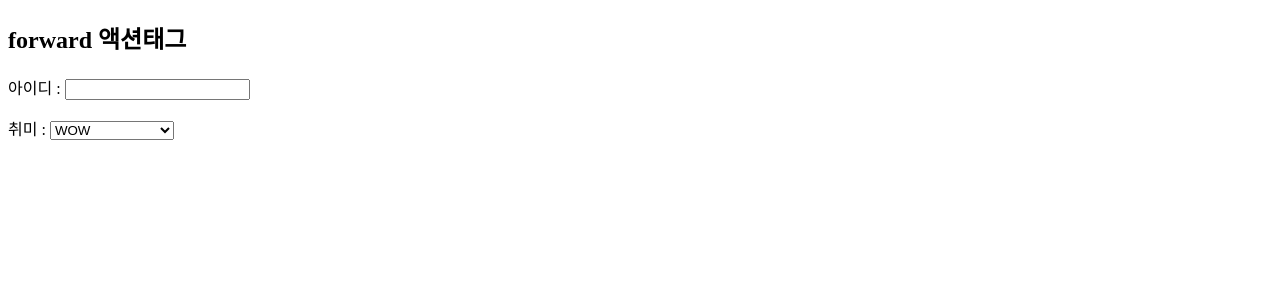
Repository: matodale/StudyJSP
Page: http://localhost/StudyJSP/ch08/forwardTestForm.jsp
The author's editor kept a copy of each file at every save. The page is drawn from the files as they stood at one save, then again after a run of saves.
The browser window is 1280 px wide. The pictures show the whole page.
The page is served by Tomcat 9.

Above is the page before, as saved 2022-12-21 13:16:01.

After the next 2 saves:
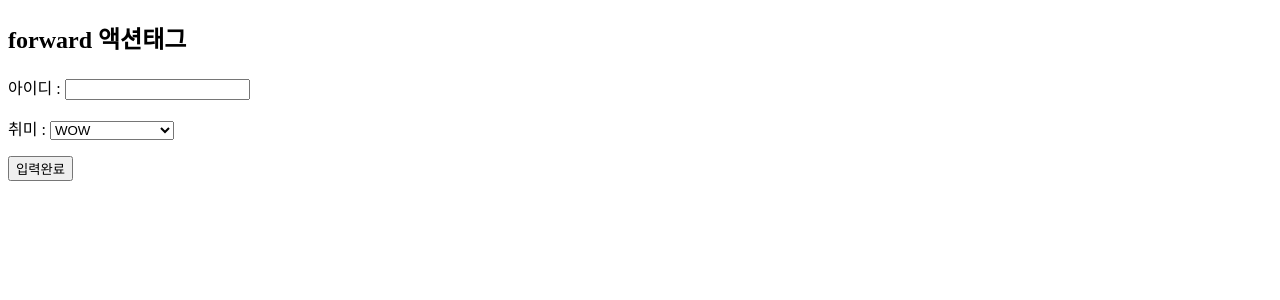
The 2 saves are shown as one change because they came seconds apart.
The last was saved 29 s later.
--- a/StudyJSP/src/main/webapp/ch08/forwardTestForm.jsp
+++ b/StudyJSP/src/main/webapp/ch08/forwardTestForm.jsp
@@ -1,5 +1,5 @@
 <%@ page language="java" contentType="text/html; charset=UTF-8"
-    pageEncoding="UTF-8"%>
+	pageEncoding="UTF-8"%>
 <!DOCTYPE html>
 <html>
 <head>
@@ -7,17 +7,20 @@
 <title>forward 액션태그</title>
 </head>
 <body>
-<h2>forward 액션태그</h2>
-<form method="post" action="forwardTest.jsp">
-	<p>아이디 : <input type="text" name="id"></p>
-	<p>취미 :
-		<select name="hobby">
-			<option value="WOW">WOW</option>
-			<option value="만화보기">만화보기</option>
-			<option value="스타2-군단의심장">스타2-군단의 심장</option>
-			<option value="그림그리기">그림그리기</option>
-		</select>
-	</p>
-</form>
+	<h2>forward 액션태그</h2>
+	<form method="post" action="forwardTest.jsp">
+		<p>
+			아이디 : <input type="text" name="id">
+		</p>
+		<p>
+			취미 : <select name="hobby">
+				<option value="WOW">WOW</option>
+				<option value="만화보기">만화보기</option>
+				<option value="스타2-군단의심장">스타2-군단의 심장</option>
+				<option value="그림그리기">그림그리기</option>
+			</select>
+		</p>
+		<input type="submit" value="입력완료">
+	</form>
 </body>
 </html>
